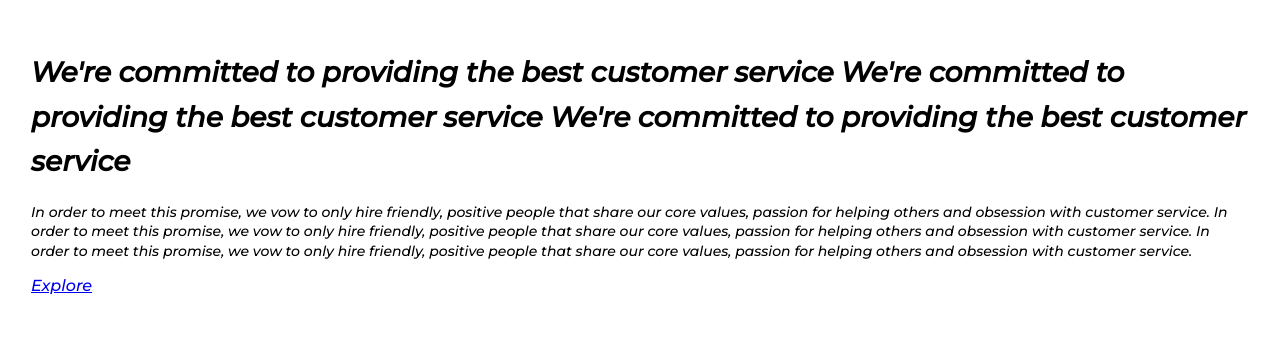
Repository: phanvu0103/HTML-CSS
Page: CSS_24_CSS-Selertors-là_gì/06_Simple_Selertors_4/index.html
These files come from the project's save history. The page is drawn as it stood at one moment and after the next save; the edit follows.
The browser window is 1280 px wide. The pictures show the whole page.

Above is the page before, as saved 2022-10-19 14:37:02.

### CSS_24_CSS-Selertors-là_gì/06_Simple_Selertors_4/index.html
<!DOCTYPE html>
<html lang="en">
  <head>
    <meta charset="UTF-8" />
    <meta name="viewport" content="width=device-width, initial-scale=1.0" />
    <title>HOME</title>
    <link rel="stylesheet" href="./CSS/reset.css" />
    <link rel="stylesheet" href="./CSS/styles.css" />
    <link rel="preconnect" href="https://fonts.googleapis.com" />
    <link rel="preconnect" href="https://fonts.gstatic.com" crossorigin />
    <link
      href="https://fonts.googleapis.com/css2?family=Montserrat:ital,wght@1,300;1,500&display=swap"
      rel="stylesheet"
    />
    <!-- Google Font -->
  </head>
  <body></body>
  <h1 class="title">
    We're committed to providing the best customer service We're committed to
    providing the best customer service We're committed to providing the best
    customer service
  </h1>
  <p class="desc">
    In order to meet this promise, we vow to only hire friendly, positive people
    that share our core values, passion for helping others and obsession with
    customer service. In order to meet this promise, we vow to only hire
    friendly, positive people that share our core values, passion for helping
    others and obsession with customer service. In order to meet this promise,
    we vow to only hire friendly, positive people that share our core values,
    passion for helping others and obsession with customer service.
  </p>
  <a class="btn" href="#!">Explore</a>
</html>

### CSS_24_CSS-Selertors-là_gì/06_Simple_Selertors_4/CSS/styles.css
body {
  font-family: "Montserrat", sans-serif;
  padding: 23px;
}
.title {
  font-size: 28px;
  line-height: 1.6;
}
.desc {
  font-size: 14px;
  line-height: 1.4;
}
.btn {
}

Loaded but not shown: CSS_24_CSS-Selertors-là_gì/06_Simple_Selertors_4/CSS/reset.css (no stored copy; drawn as an empty file)

After the next save:
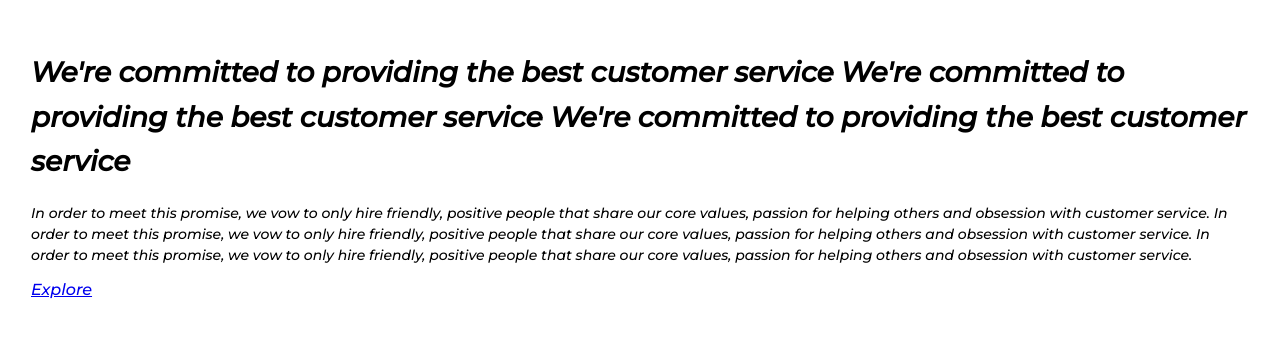
Saved 21 s later.
--- a/CSS_24_CSS-Selertors-là_gì/06_Simple_Selertors_4/CSS/styles.css
+++ b/CSS_24_CSS-Selertors-là_gì/06_Simple_Selertors_4/CSS/styles.css
@@ -8,7 +8,7 @@ body {
 }
 .desc {
   font-size: 14px;
-  line-height: 1.4;
+  line-height: 1.5;
 }
 .btn {
 }
